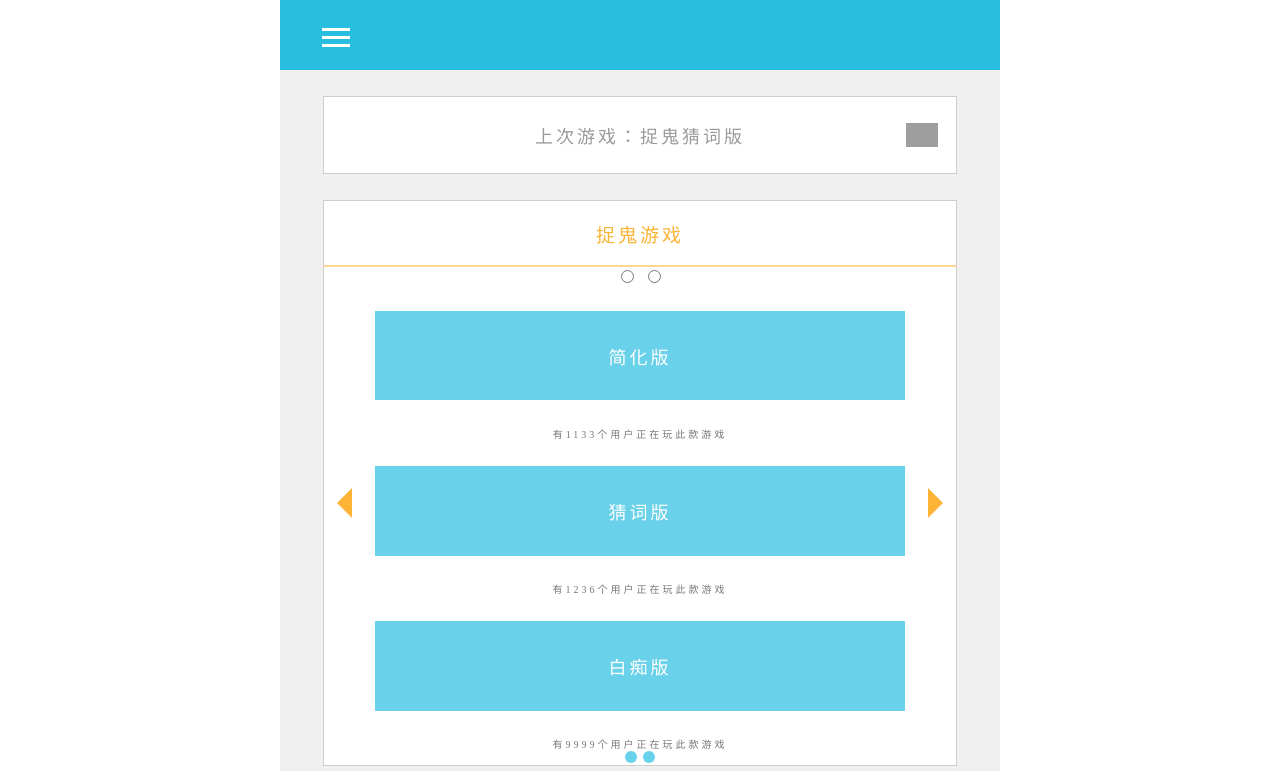
Repository: leozhangpd/My-Codes
Page: JS/two-project/home_page.html
An editor plug-in stored every save of this project. The page is shown before and after the next save, followed by the edit.
The browser window is 1280 px wide. The pictures show the whole page.
Pictures or frames that could not be fetched are drawn as grey boxes.

Above is the page before, as saved 2020-11-06 17:04:00.

### JS/two-project/home_page.html
<!DOCTYPE html>
<html lang="en">
<head>
    <meta charset="UTF-8">
    <meta name="viewport" content="width=device-width,initial-scale=1.0,maximum-scale=1.0,user-scalable=0" />
    <link rel="stylesheet" href="css/home_page.css" type="text/css" >
    <title>版本选择</title>
    <style>
    ul{
        list-style-type: none;
        margin: 0;padding: 0;
    }
    button{
        outline: none;
        border:none;
    }
    html{font-size: 62.5%;}
    a:link,a:visited,a:hover,a:active {
        text-decoration:none;
        color: #fff;
    }
    .review,.content{
        letter-spacing: 3px;
    }
    .page>label{
        padding-top: 12px;
        width:12px;
        background: #69d1e9;
        border-radius: 50%;
    }
    </style>
</head>
<body>
    <header>
        <button>
            <div></div>
            <div></div>
            <div></div>
        </button>
    </header>
    <main>
        <div class="review">
            <span>上次游戏：捉鬼猜词版</span>
        </div>
        <div class="content">
            <div class="title">
                <span>捉鬼游戏</span>
            </div>
            <input type="radio" name="change" id="change-1"/>
            <input type="radio" name="change" id="change-2"/>
            <div id="slider">
                <ul class="list" id="out">
                    <li><a href="#" id="in">简化版</a></li>
                    <li>有1133个用户正在玩此款游戏</li>
                    <li><a href="#">猜词版</a></li>
                    <li>有1236个用户正在玩此款游戏</li>
                    <li><a href="#">白痴版</a></li>
                    <li>有9999个用户正在玩此款游戏</li>
                </ul>
                <ul class="list" id="out">
                    <li><a href="#" id="in-2">简化版</a></li>
                    <li>有1113个用户正在玩此款游戏</li>
                    <li><a href="#">警版</a></li>
                    <li>有1636个用户正在玩此款游戏</li>
                    <li><a href="#">3.0 版</a></li>
                    <li>有9698个用户正在玩此款游戏</li>
                </ul>
            </div>
            <div class="arrow">
                 <label for="change-1"></label>
                 <label for="change-2"></label>
            </div>
            <div class="page">
                <label for="change-1"></label>
                <label for="change-2"></label>
            </div>
        </div>
    </main>
</body>
</html>

### JS/two-project/css/home_page.css
html{
    font-size: 62.5%;
    background: #fff;
    height: 100vh;
}
body{
    height: 100%;
    margin:0 auto;
    padding-bottom: 4%;
    max-width: 720px;
    min-width: 320px;
    background: #f0f0f0;
}
header{
    padding: 3% 5%;
    background-color: #29bde0;
}
header>button{
    width: 4rem;;
    background-color: rgba(0, 0, 0, 0);
}
header>button div{
    margin-top: .5rem;
    height: .3rem;
    background-color: #fff;
}
main{
    margin:0 6%;
    width:88%;
}
.review{
    padding:4% 0;
    background: url("../images/home_page-2.png") no-repeat 97% 50%/5%;
}
.review>span{/*review__content*/
    font-size: 18px;
    color: #9a9a9a;
}
.review,.content{
    background-color: #ffffff;
    margin-top: 4%;
    text-align: center;
    border: 1px double #cecece;
    letter-spacing: 3px;
}
.content{
    position: relative;
}
.title{/*content__title*/
    padding:3% 0;
    font-size: 19px;
    color: #fbb435;
    border-bottom: 0.2rem solid #fdd793;
}
#slider{
    white-space: nowrap;
    overflow: hidden;
}
.list{
    display: inline-block;
    width: 100%;
    transition: all .5s;
}
.list>li{/*content__option*/
    margin: 4% 8% 0 8%;
}
.list>li:nth-child(odd){/*option__btn*/
    background: #69d1e9;
    font-size: 18px;
    color: #fff;
}
.list>li:nth-child(odd)>a{
    display: block;
    padding:6% 0;
}
.list>li:nth-child(even){/*option__hint*/
    color: #787878;
}
/* input{display: none;} */
.page>label{/*page__dot*/
    display: inline-block;
    transition: all .2s;
}
.page>label:hover{
    background: #2e2bda;
}
.arrow>label{
    position: absolute;
    top: 51%;
    border-style:solid;
}
.arrow>label:nth-child(1){
    left: 2%;
    border-width:15px 15px 15px 0;
    border-color:transparent #fbb435 transparent transparent;/*透明 透明 透明 橘*/
}
.arrow>label:nth-child(2){
    right: 2%;
    border-width:15px 0 15px 15px;
    border-color:transparent transparent transparent #fbb435;/*透明 透明 透明 橘*/
}

After the next save:
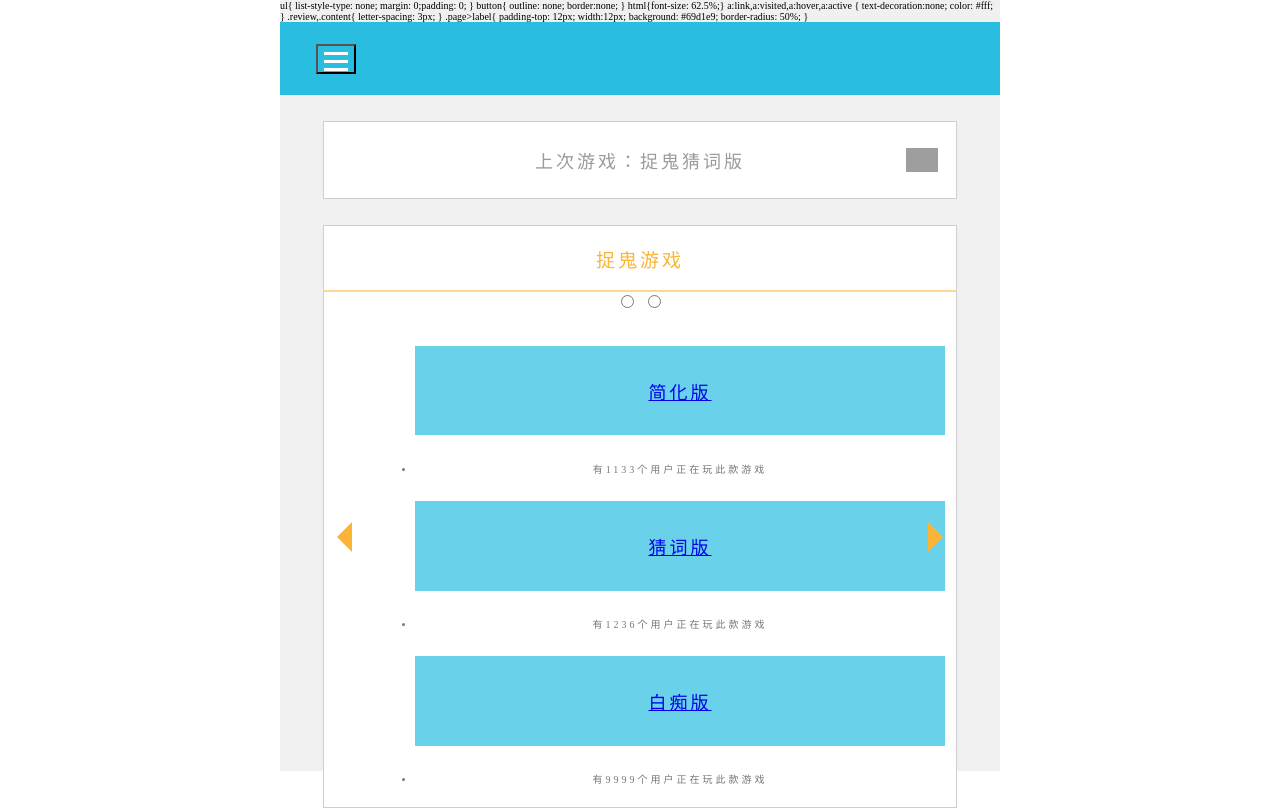
Saved 10 s later.
--- a/JS/two-project/home_page.html
+++ b/JS/two-project/home_page.html
@@ -5,7 +5,7 @@
     <meta name="viewport" content="width=device-width,initial-scale=1.0,maximum-scale=1.0,user-scalable=0" />
     <link rel="stylesheet" href="css/home_page.css" type="text/css" >
     <title>版本选择</title>
-    <style>
+    <!-- <style> -->
     ul{
         list-style-type: none;
         margin: 0;padding: 0;
